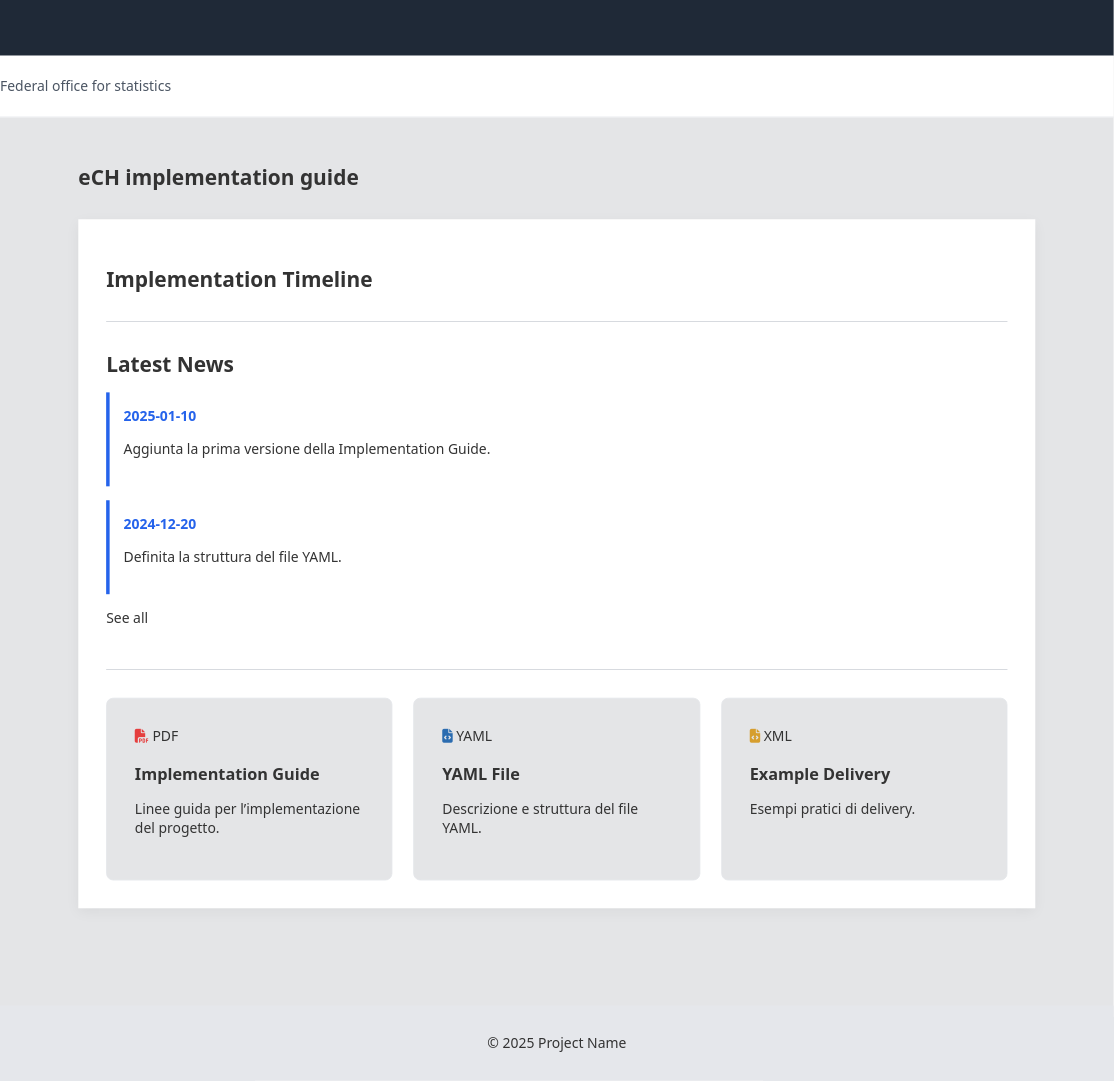
Repository: bfspoku/ech-0252-docs
Page: index.html
An editor plug-in stored every save of this project. The page is shown before and after the next save, followed by the edit.
The browser window is 1280 px wide. The pictures show the whole page, at 87% of full size.

Above is the page before, as saved 2025-12-16 15:57:22.

### index.html
<!-- LINK FOR FONTS -->
<link rel="preconnect" href="https://fonts.googleapis.com">
<link rel="preconnect" href="https://fonts.gstatic.com" crossorigin>
<link href="https://fonts.googleapis.com/css2?family=Noto+Sans:ital,wght@0,400;0,600;0,700;1,400&display=swap" rel="stylesheet">
<!-- LINK FOR SVG -->
<link rel="stylesheet" href="https://cdnjs.cloudflare.com/ajax/libs/font-awesome/6.5.0/css/all.min.css">

<!DOCTYPE html>
<html lang="it">
<head>
  <meta charset="UTF-8">
  <title>eCH implementation guide</title>
  <link rel="stylesheet" href="css/style.css">
</head>
<body>

<header>

</header>

<section class="sub-banner">
      <p>Federal office for statistics</p>
</section>


<main>
    <h2>eCH implementation guide</h2>
    <section class = "wrapper">
    <!-- INFORMATION -->
    <section class="information">

        <h2> Implementation Timeline<h2>

        <div class="divider"></div>

        <h2>Latest News</h2>

        <ul class="updates">
        <li>
            <span class="date">2025-01-10</span>
            <p>Aggiunta la prima versione della Implementation Guide.</p>
        </li>
        <li>
            <span class="date">2024-12-20</span>
            <p>Definita la struttura del file YAML.</p>
        </li>
        </ul>
        <p>See all</p>
    </section>

    <div class="divider"></div>

    <!-- CARDS -->
    <section class="cards">
        <a class="card" href="implementation-guide.html">
        <i class="fas fa-file-pdf" style="color:#E53E3E;"></i> PDF
        <h3>Implementation Guide</h3>
        <p>Linee guida per l’implementazione del progetto.</p>
        </a>

        <a class="card" href="yaml-file.html">
        <i class="fas fa-file-code" style="color:#2B6CB0;"></i> YAML
        <h3>YAML File</h3>
        <p>Descrizione e struttura del file YAML.</p>
        </a>

        <a class="card" href="example-delivery.html">
        <i class="fas fa-file-code" style="color:#D69E2E;"></i> XML
        <h3>Example Delivery</h3>
        <p>Esempi pratici di delivery.</p>
        </a>
    </section>

    </section>

</main>

<footer>
  <p>© 2025 Project Name</p>
</footer>

</body>
</html>

### css/style.css
body {
    font-family: 'Noto Sans', system-ui, -apple-system, BlinkMacSystemFont,
    'Segoe UI', Roboto, Ubuntu, Cantarell, 'Helvetica Neue',
    Arial, sans-serif;
    margin: 0;
    background: #e4e5e7;
    color: #333;
  }

  header {
    background: #1f2937;
    color: white;
    padding: 2rem;
  }

  /* SUB-BANNER */
  .sub-banner {
    background-color: white;   /* bianco puro */
    padding: 1.5rem 0;         /* verticale */
    border-bottom: 1px solid #e5e7eb; /* linea di separazione */
  }

  .sub-banner h2 {
    margin: 0 0 0.5rem 0;
    font-weight: 600;
    color: #111827;
  }

  .sub-banner p {
    margin: 0;
    color: #4b5563;
    font-size: 16px;
  }

  main {
    padding: 2rem;
    max-width: 1100px;
    margin: auto;
  }

  h1, h2 {
    margin-bottom: 1rem;
  }

  .divider {
    width: 100%;             /* prende tutta la larghezza della wrapper o del container */
    height: 1px;             /* spessore della linea */
    background: #d1d5db;
    margin: 2rem 0;          /* spazio sopra e sotto */
    border: none;
  }

  /* Main wrapper for all the pages */
  .wrapper {
    max-width: 1100px;      /* larghezza massima */
    margin: 2rem auto;      /* centrato orizzontalmente, margine verticale */
    padding: 2rem;          /* spazio interno */
    background-color: #ffffff;  /* bianco-beige chiaro */
    box-shadow: 0 4px 15px rgba(0,0,0,0.05); /* leggero effetto profondità */
  }

  /* INFORMATION */
  .information {
    margin-bottom: 3rem;
  }

  .updates {
    list-style: none;
    padding: 0;
  }

  .updates li {
    background: white;
    padding: 1rem;
    border-left: 4px solid #2563eb;
    margin-bottom: 1rem;
  }

  .date {
    font-weight: bold;
    color: #2563eb;
  }

  /* CARDS */
  .cards {
    display: grid;
    grid-template-columns: repeat(auto-fit, minmax(250px, 1fr));
    gap: 1.5rem;
  }

  .card {
    background: #e4e5e7;
    padding: 2rem;
    text-decoration: none;
    color: inherit;
    border: 1px solid #e5e7eb;
    border-radius: 8px;
    transition: transform 0.2s, box-shadow 0.2s;
  }

  .card:hover {
    transform: translateY(-5px);
    box-shadow: 0 10px 20px rgba(0,0,0,0.1);
  }

  footer {
    text-align: center;
    padding: 1rem;
    background: #e5e7eb;
    margin-top: 3rem;
  }

After the next save:
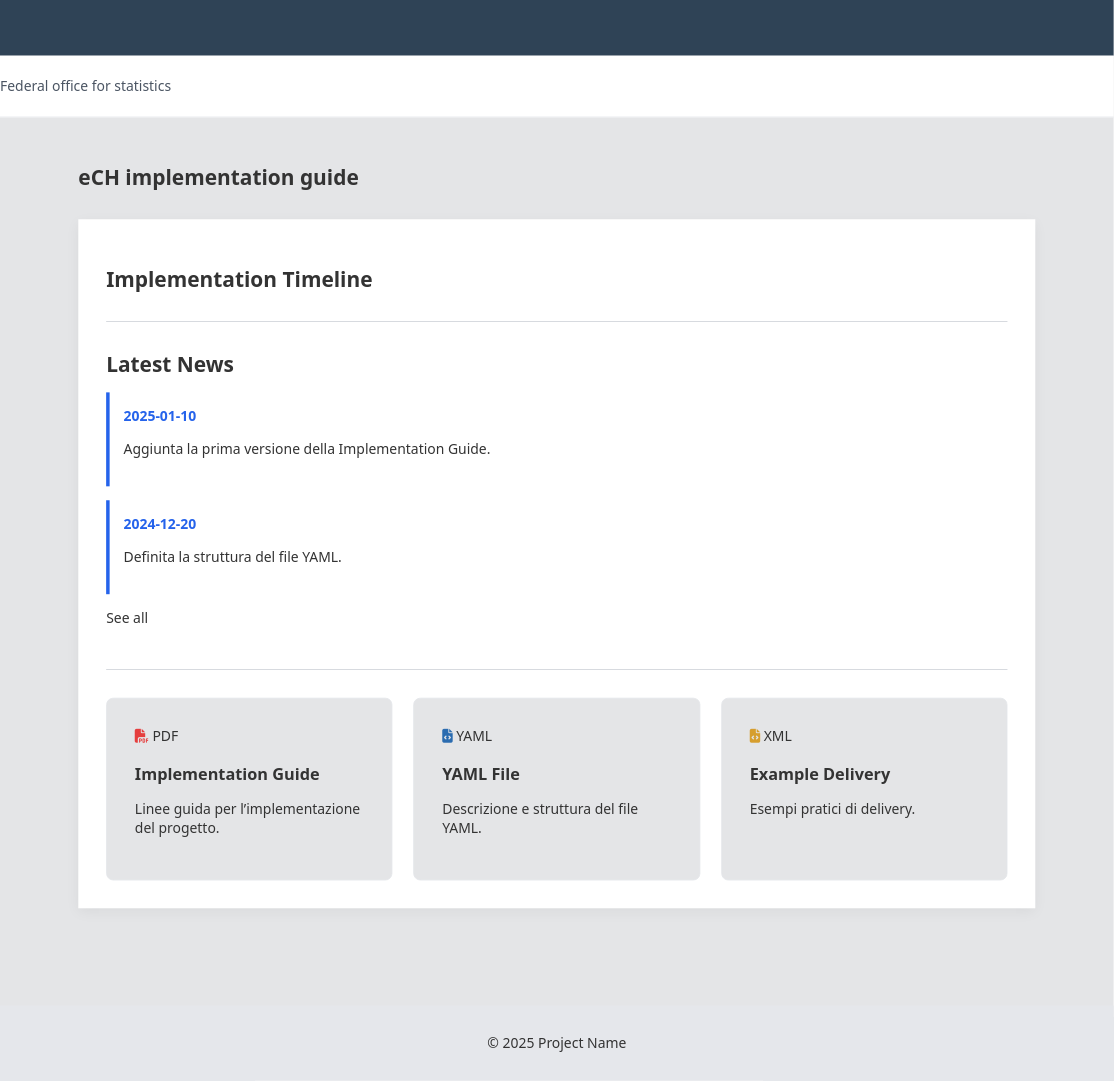
Saved 2 min 55 s later.
--- a/css/style.css
+++ b/css/style.css
@@ -8,7 +8,7 @@
   }
 
   header {
-    background: #1f2937;
+    background: #2f4356;
     color: white;
     padding: 2rem;
   }
